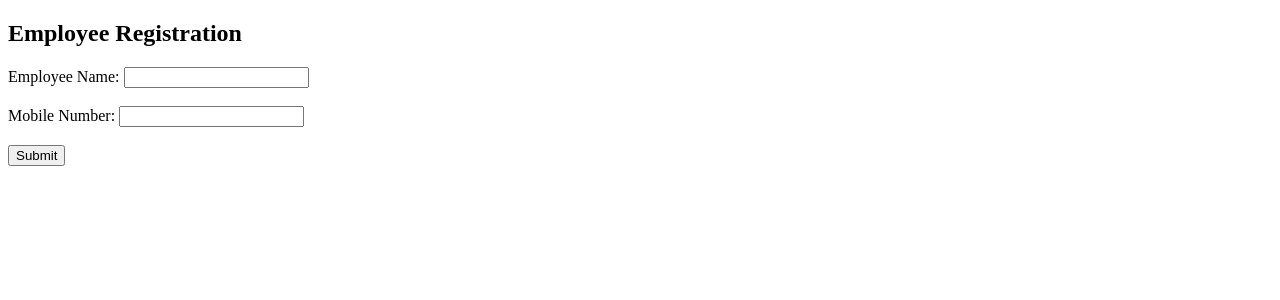
Repository: ydv-prince/JAVA-Full-Stack
Page: http://localhost/JDBC_DB/
The author's editor kept a copy of each file at every save. The page is drawn from the files as they stood at one save, then again after the next save.
The browser window is 1280 px wide. The pictures show the whole page.
The page is served by Tomcat 10.

Above is the page before, as saved 2025-12-31 04:55:37.

After the next save:
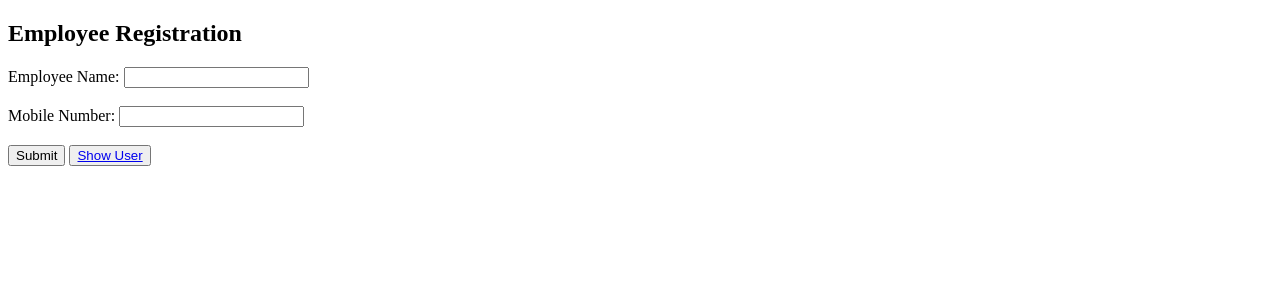
Saved 115 s later.
--- a/JDBC_DB/src/main/webapp/index.jsp
+++ b/JDBC_DB/src/main/webapp/index.jsp
@@ -17,6 +17,8 @@
     <input type="text" name="mobile" required><br><br>
 
     <input type="submit" value="Submit">
+
+    <button type="submit" name="show user"><a href="Select">Show User</a></button>
 </form>
 
 </body>
